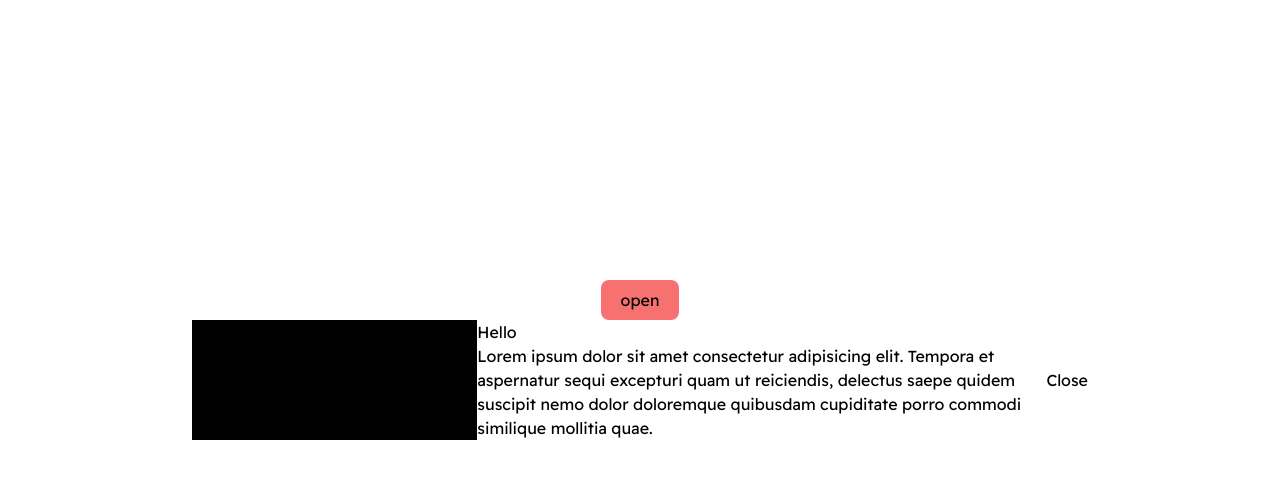
Repository: javals243/Reusable-component
Page: /, after clicking the first element matching `button.bg-red-400`
An editor plug-in stored every save of this project. The page is shown before and after the next save, followed by the edit.
The browser window is 1280 px wide. The pictures show the whole page.
The project was rebuilt for these pictures with package versions that can differ from the ones it lists, and the page was loaded fresh each time. The framework's server and built-in components were replaced by stand-ins that run in the browser. Also part of the build but not shown: next.config.js, components/MasonryLayout/MansonryLayout.tsx, components/ProductCard/ProductCard.tsx, styles/Home.module.css, components/UnderlineAnimation/UnderlineAnimation.tsx, components/PurseEffect/PurseEffect.tsx.

Above is the page before, as saved 2023-01-03 11:50:21.

After the next save:
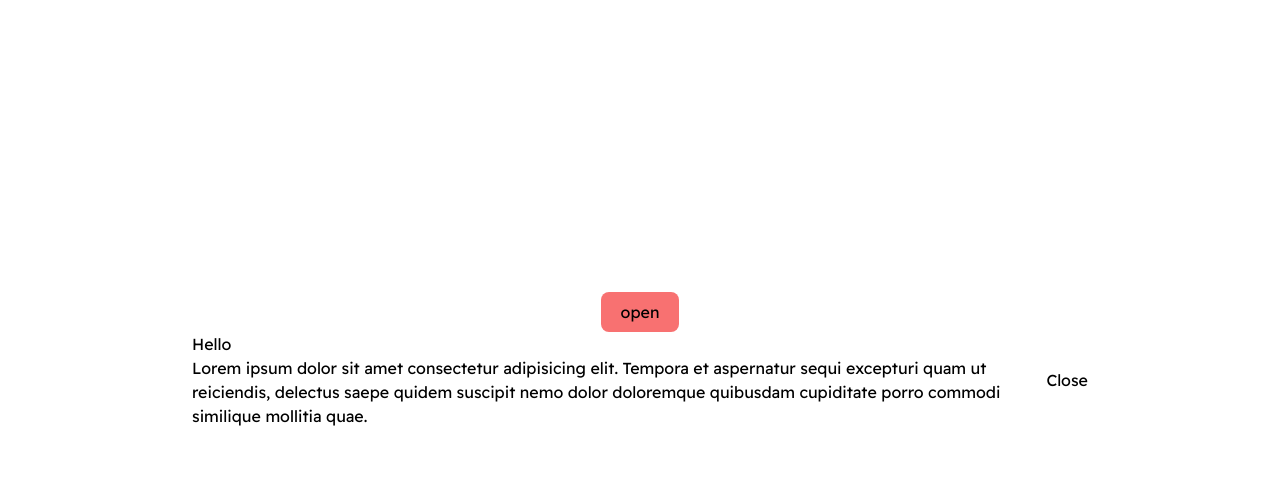
Saved 18 s later.
--- a/components/ModalComponent/ModalComponent.tsx
+++ b/components/ModalComponent/ModalComponent.tsx
@@ -12,7 +12,7 @@ function ModalComponent() {
       </button>
       {modal && (
         <div className="flex justify-center items-center w-[70vw]">
-          <div className="bg-black w-full h-full"></div>
+          <div className=""></div>
           <div className={styles.modal_content}>
             <h2>Hello </h2>
             <p>
